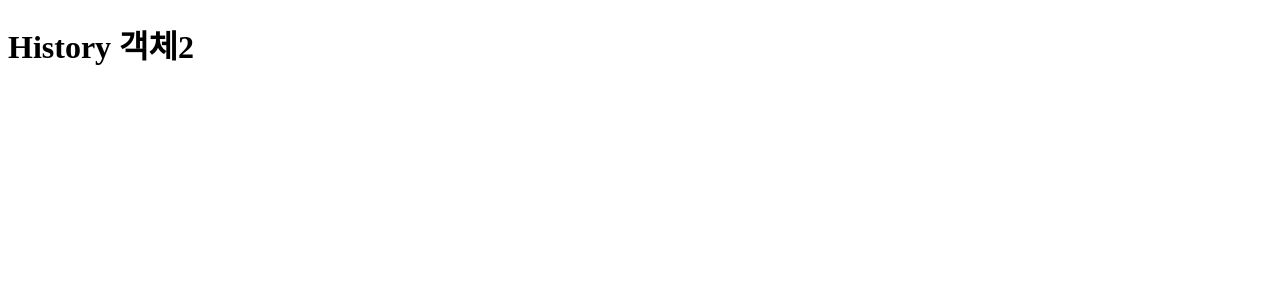
Repository: codelily98/Web
Page: JavaScript/src/main/webapp/js/examHistory.html
These files come from the project's save history. The page is drawn as it stood at one moment and after the next save; the edit follows.
The browser window is 1280 px wide. The pictures show the whole page.

Above is the page before, as saved 2024-08-21 06:46:50.

### JavaScript/src/main/webapp/js/examHistory.html
<!DOCTYPE html>
<html>
<head>
<meta charset="UTF-8">
<title>나는 examHistory</title>
</head>
<body>
	<h1>History 객체2</h1>
	<a href="#" onclick="history.back(); return false;"
</body>
</html>

After the next save:
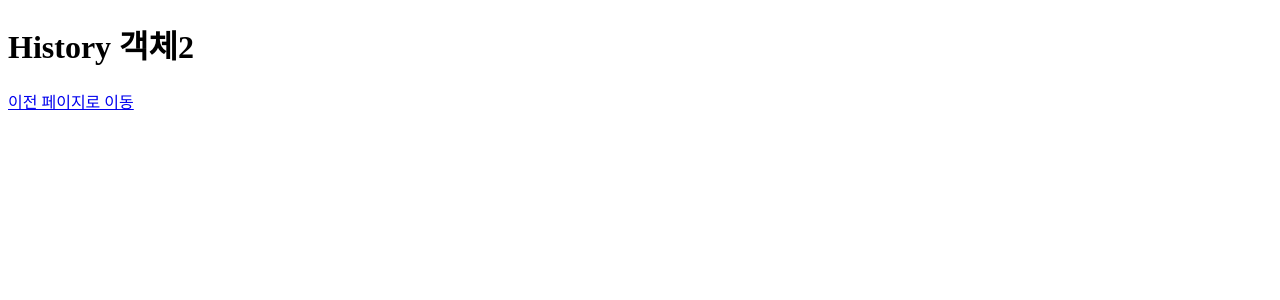
Saved 7 s later.
--- a/JavaScript/src/main/webapp/js/examHistory.html
+++ b/JavaScript/src/main/webapp/js/examHistory.html
@@ -6,6 +6,6 @@
 </head>
 <body>
 	<h1>History 객체2</h1>
-	<a href="#" onclick="history.back(); return false;"
+	<a href="#" onclick="history.back(); return false;">이전 페이지로 이동</a>
 </body>
 </html>
